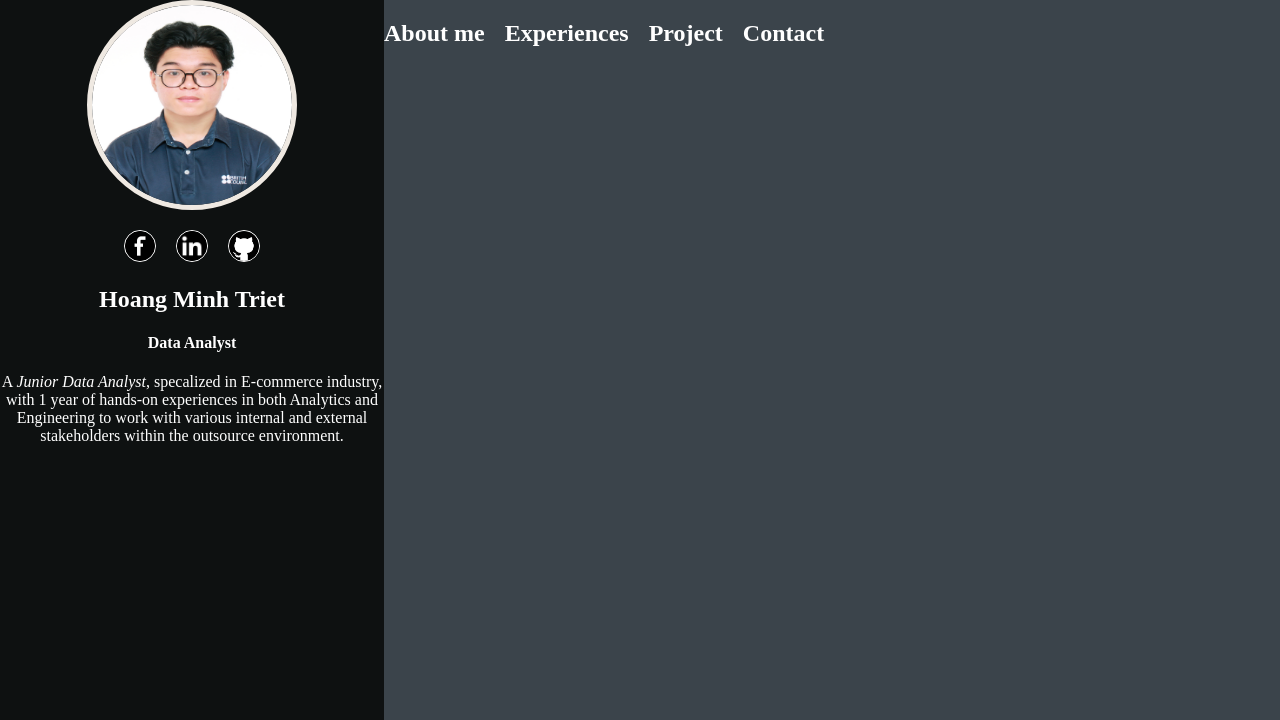
Repository: MinnTrit/personal_website
Page: http://localhost/
An editor plug-in stored every save of this project. The page is shown before and after the next save, followed by the edit.
The browser window is 1280 px wide. The pictures show the whole page.
The page is served by the project's application, run on Flask 3 (app.py).

Above is the page before, as saved 2025-01-29 00:00:44.

### templates/index.html
<!DOCTYPE html>
<html lang="en">
<head>
    <meta charset="UTF-8">
    <meta name="viewport" content="width=device-width, initial-scale=1.0">
    <link rel="stylesheet" href="{{ url_for('static', filename='css/styles.css') }}">
    <title>Data Engineer - Hoang Minh Triet</title>
</head>
<body>
    <div class="sections">
        <section class="aboutMe">
            <h2>About me</h2>
        </section>
        <section class="experiences">
            <h2>Experiences</h2>
        </section>
        <section class="projects">
            <h2>Project</h2>
        </section>
        <section class="contact">
            <h2>Contact</h2>
        </section>
    </div>
    <div class="picture">
        <img src="{{ url_for('static', filename='imgs/personal_image.jpg') }}" alt="personalImage">
        <div class="information">
            <a href="https://www.facebook.com/minhtriet05042003/" target="_blank">
                <img class="facebook" src="{{ url_for('static', filename='imgs/facebook.jpg') }}" alt="facebook">
            </a>
            <a href="https://www.linkedin.com/in/minchit0504/" target="_blank">
                <img class="linkedin" src="{{ url_for('static', filename='imgs/linkedin-logo.png') }}" alt="linkedin">
            </a>
            <a href="https://www.linkedin.com/in/minchit0504/" target="_blank">
                <img class="github" src="{{ url_for('static', filename='imgs/github.png') }}" alt="github">
            </a>
        </div>
        <div class="pictureText">
            <h2>Hoang Minh Triet</h2>
            <h4>Data Analyst</h4>
            <p>A <em>Junior Data Analyst</em>, specalized in E-commerce industry, with 1 year of hands-on experiences in both Analytics and Engineering to work with various internal and external stakeholders within the outsource environment.</p>
        </div>
    </div>
</body>
</html>

### app.py
from flask import Flask, request, render_template
app = Flask(__name__)
app.debug=True
#Initialize common variables
@app.route('/', methods=['GET', 'POST'])
def index():
    if request.method == 'GET':
        return render_template('index.html')

if __name__ == '__main__':
    app.run(host='0.0.0.0', port=5002, debug=True)

### static/css/styles.css
html, body {
    height: 100%;
    margin: 0;
    color: white;
}

.picture {
    background-color:#0e1111;
    width: 30%;
    height: 100%;
}

.picture img {
    display: block;
    width: 200px;
    height: 200px;
    margin-left: auto;
    margin-right: auto;
    border-radius: 50%;
    border: 5px solid;
    border-color:#efe9e2;
}

.picture .pictureText {
    text-align: center;
}

.sections {
    display: flex;
    position: absolute;
    top: 0;
    right: 0;
    background-color:#3b444b;
    width: 70%;
    height: 100%;
    gap: 20px;
}

.sections .h2 {
    display: inline-block;
}

.information {
    margin-top: 20px;
    display: flex;
    justify-content: center;
    gap: 20px;
}

.information img {
    width: 30px;
    height: 30px;
    display: inline-block;
    border: 1px solid;
    border-color: white;
}

After the next save:
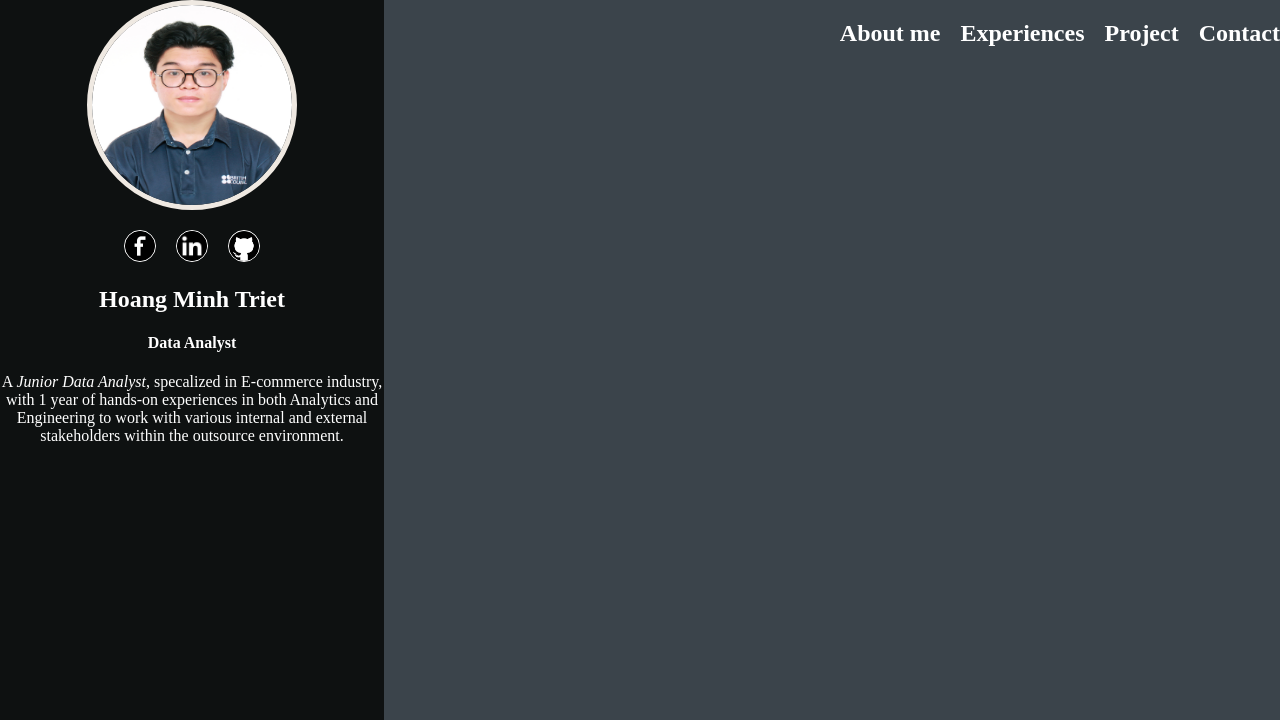
Saved 22 s later.
--- a/static/css/styles.css
+++ b/static/css/styles.css
@@ -27,6 +27,7 @@ html, body {
 
 .sections {
     display: flex;
+    justify-content: right;
     position: absolute;
     top: 0;
     right: 0;
